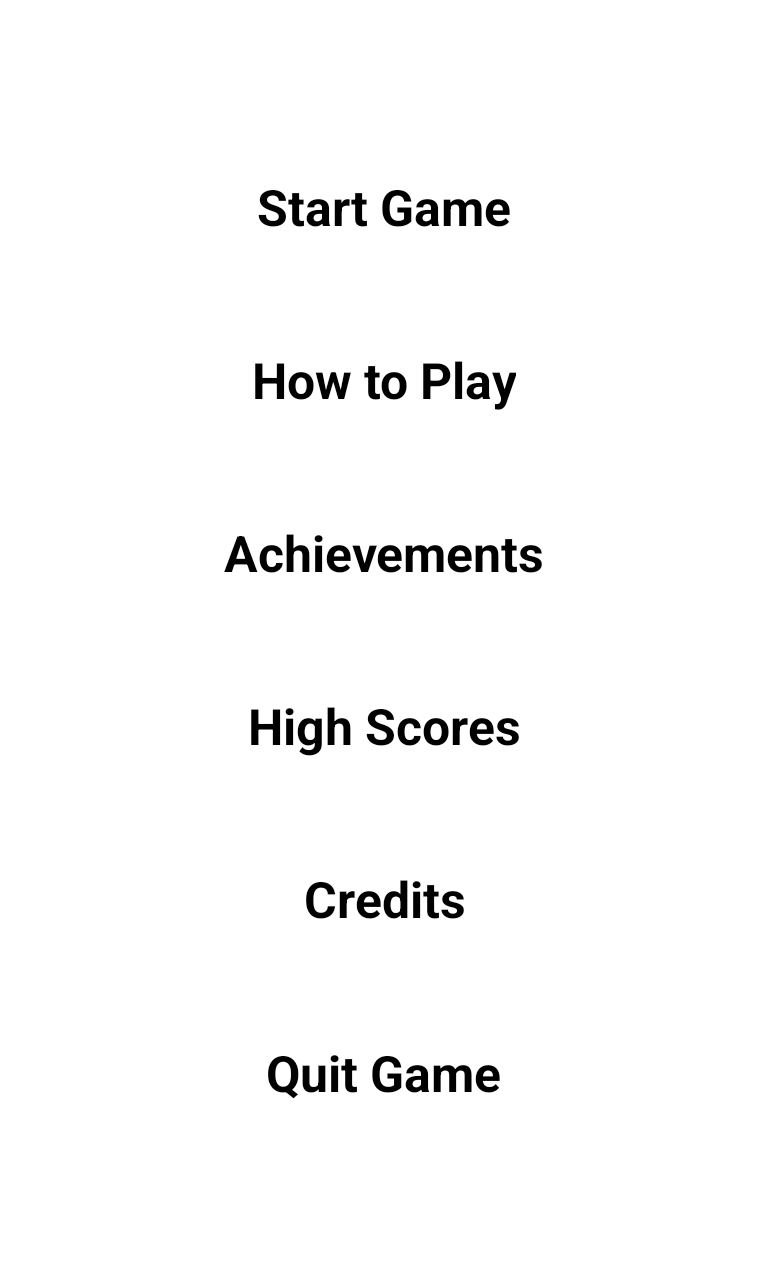
Repository: Zilter/IMT3671-Mobile-Project
Layout: GemSwapper/res/layout/activity_main.xml
These files come from the project's save history. The layout is drawn as it stood at one moment and after the next save; the edit follows.
It is drawn on a 768 x 1280 px phone screen (xhdpi) without system bars, with theme AppTheme; the app's code is not run.

Above is the layout before, as saved 2012-12-04 11:16:16.

After the next save:
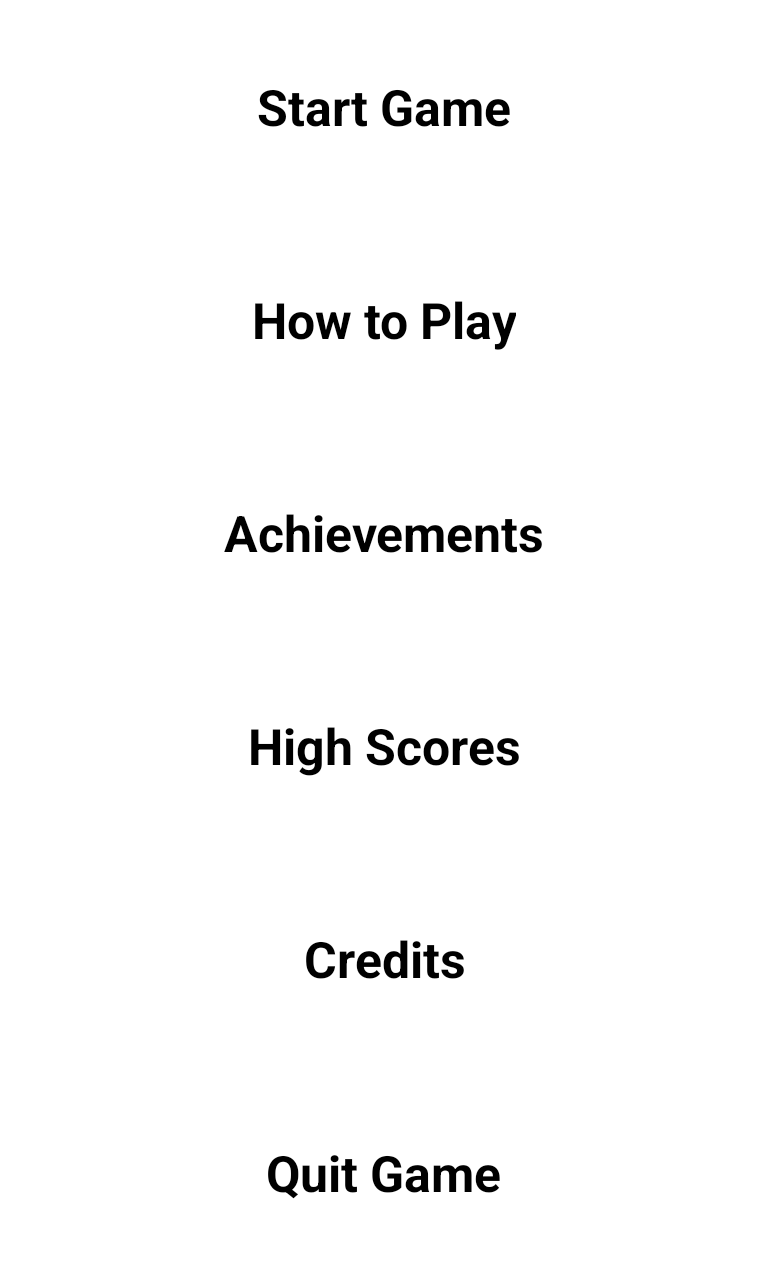
Saved 16 s later.
--- a/GemSwapper/res/layout/activity_main.xml
+++ b/GemSwapper/res/layout/activity_main.xml
@@ -17,8 +17,6 @@
     <LinearLayout
         android:layout_width="fill_parent"
         android:layout_height="fill_parent"
-        android:layout_marginTop="60dp"
-        android:layout_marginBottom="60dp"
         android:orientation="vertical" >
 
         <TextView
